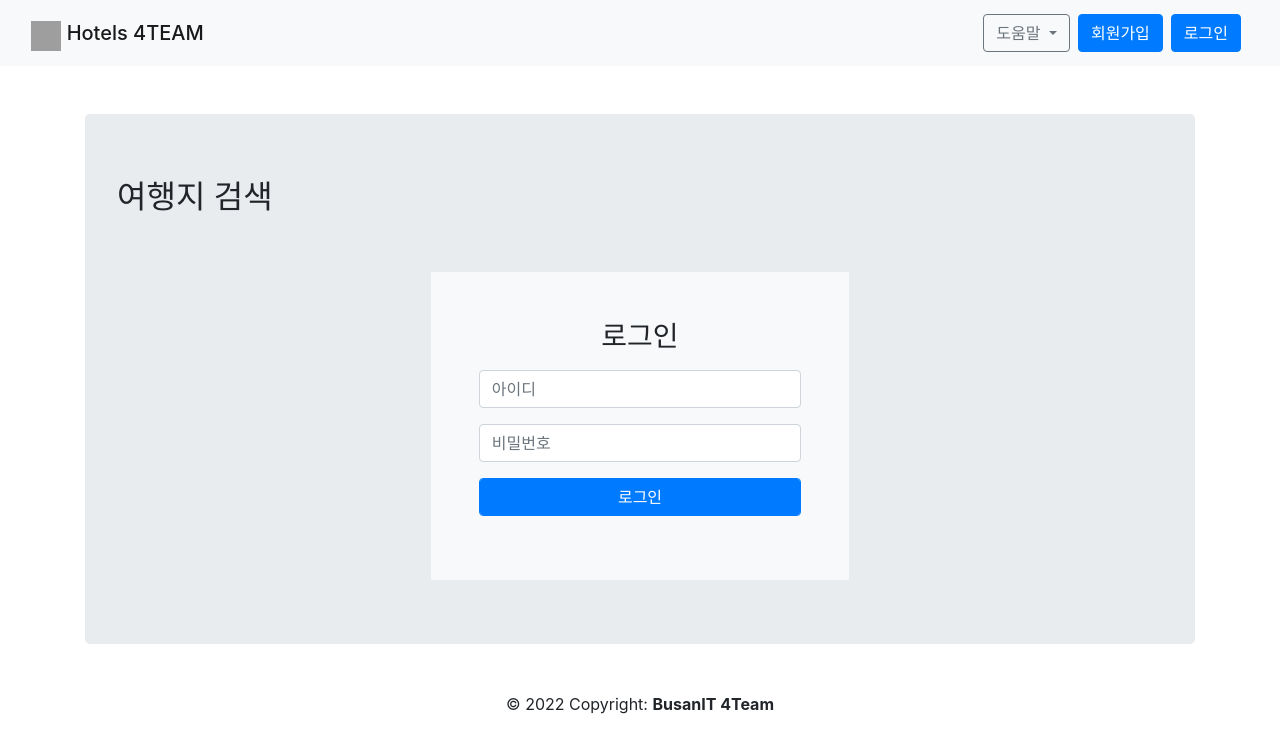
Repository: ShinKioh/Hotel_project
Page: http://localhost/HOTEL/login
These files come from the project's save history. The page is drawn as it stood at one moment and after the next save; the edit follows.
The browser window is 1280 px wide. The pictures show the whole page.
Pictures or frames that could not be fetched are drawn as grey boxes. The page is served by Tomcat 9.

Above is the page before, as saved 2022-02-18 02:36:23.

After the next save:
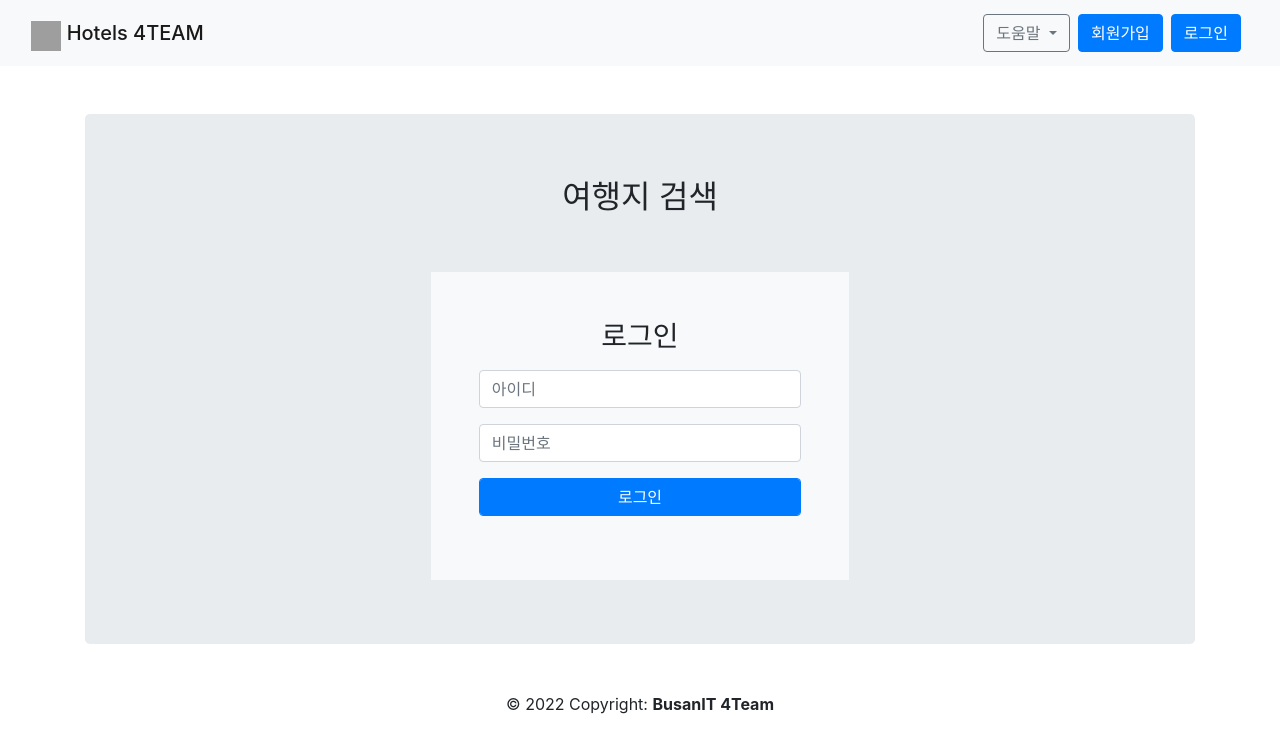
Saved 77 s later.
--- a/HOTEL/WebContent/login/login.jsp
+++ b/HOTEL/WebContent/login/login.jsp
@@ -44,7 +44,7 @@
 	<main>
 		<div class="container">
 			<div class="jumbotron mt-5">
-				<h2>여행지 검색</h2>
+				<h2 class="text-center">여행지 검색</h2>
 
 				<div class="row">
 					<div class="col-lg-5 col-md-7 mx-auto">
